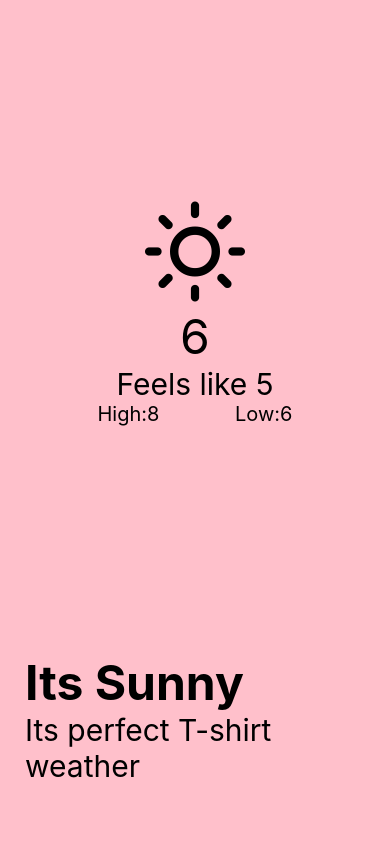
Repository: RossDee/WeatherApp
Screen: /
An editor plug-in stored every save of this project. The screen is shown before and after the next save, followed by the edit.
The app was drawn by React Native's web renderer in a window 390 px wide. The project was rebuilt for these pictures with package versions that can differ from the ones it lists, and the page was loaded fresh each time.

Above is the screen before, as saved 2023-10-14 21:34:41.

After the next save:
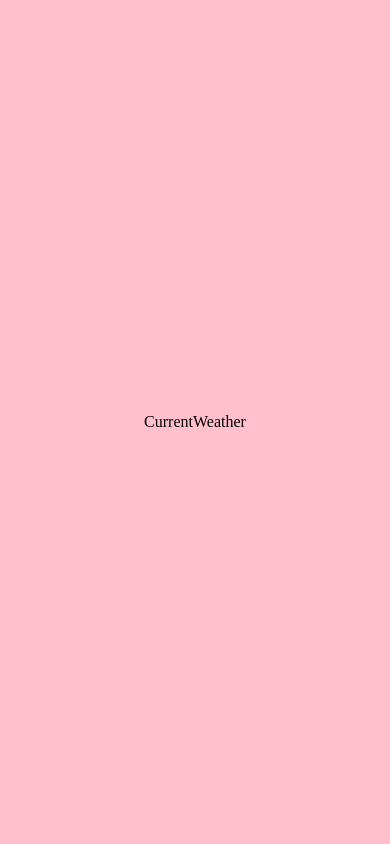
Saved 30 s later.
--- a/App.js
+++ b/App.js
@@ -5,7 +5,7 @@
 const App = () => {
   return (
     <View style={styles.container}>
-      <CurrentWeather />
+    CurrentWeather
     </View>
   );
 }

After the 3 saves that followed:
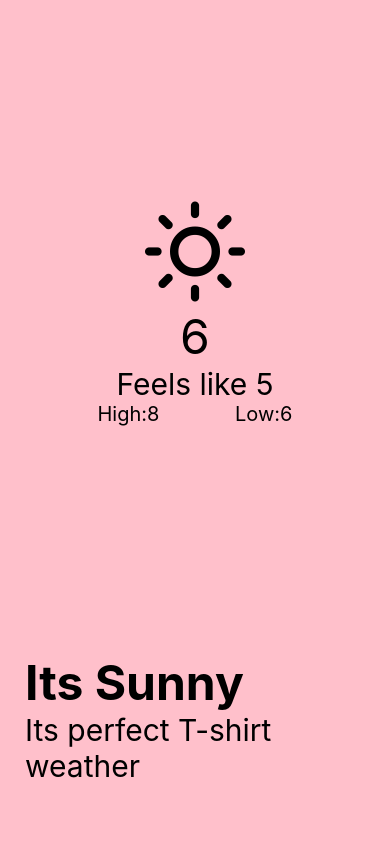
The 3 saves are shown as one change because 1 did not build or start and 1 left the picture as it was.
The last was saved 46 s later.
--- a/App.js
+++ b/App.js
@@ -5,7 +5,7 @@
 const App = () => {
   return (
     <View style={styles.container}>
-    CurrentWeather
+      <CurrentWeather />
     </View>
   );
 }
